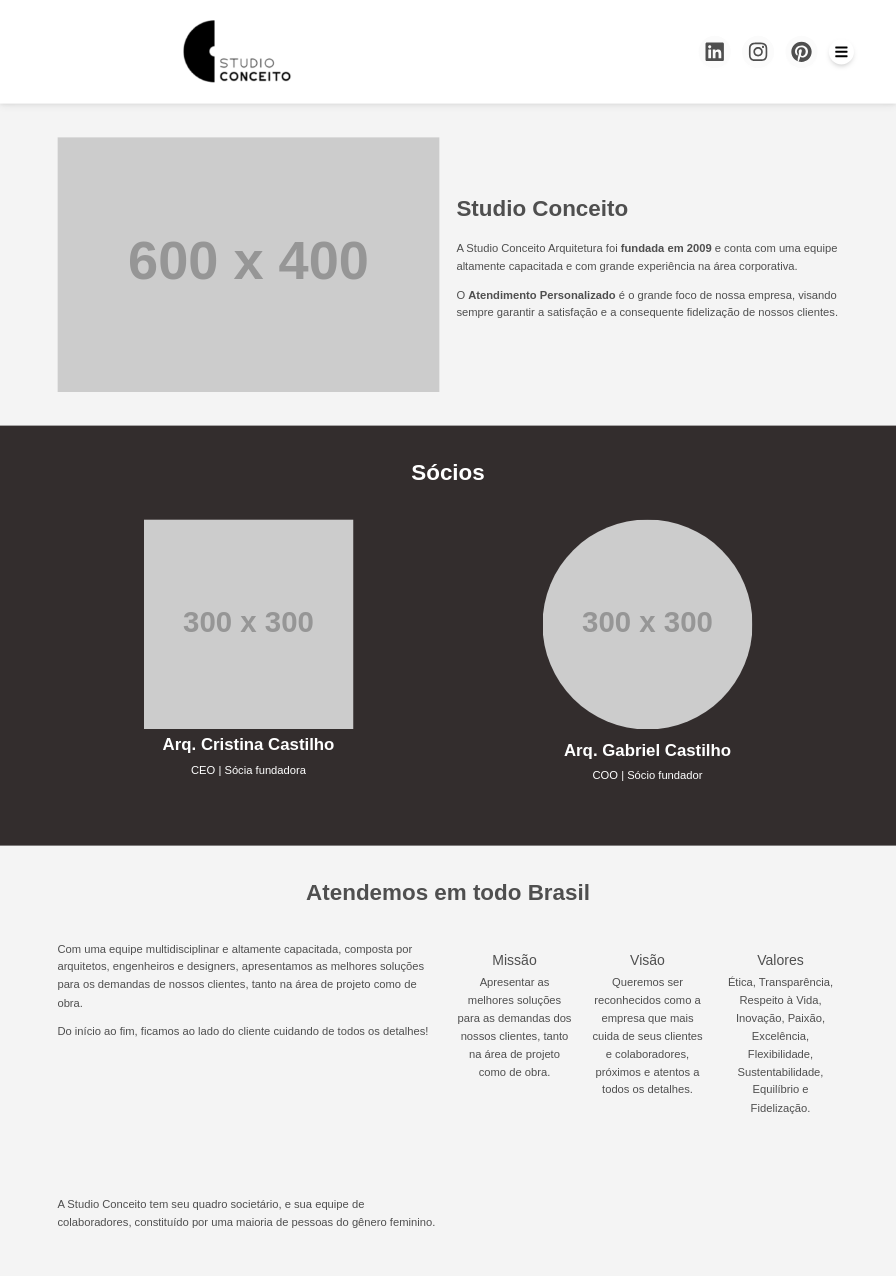
Repository: Upstairs-Agencia/studio-conceito-react
Page: /quem-somos
These files come from the project's save history. The page is drawn as it stood at one moment and after the next save; the edit follows.
The browser window is 1280 px wide. The pictures show the whole page, at 70% of full size.
The project was rebuilt for these pictures with package versions that can differ from the ones it lists, and the page was loaded fresh each time. Also part of the build but not shown: src/pages/Home.js, src/styles/footer.css, src/components/footer.js, src/pages/Servicos.js, src/pages/Cases.js, src/pages/Blog.js, src/pages/Clientes.js, src/pages/Contato.js.

Above is the page before, as saved 2024-12-29 03:31:25.

After the next save:
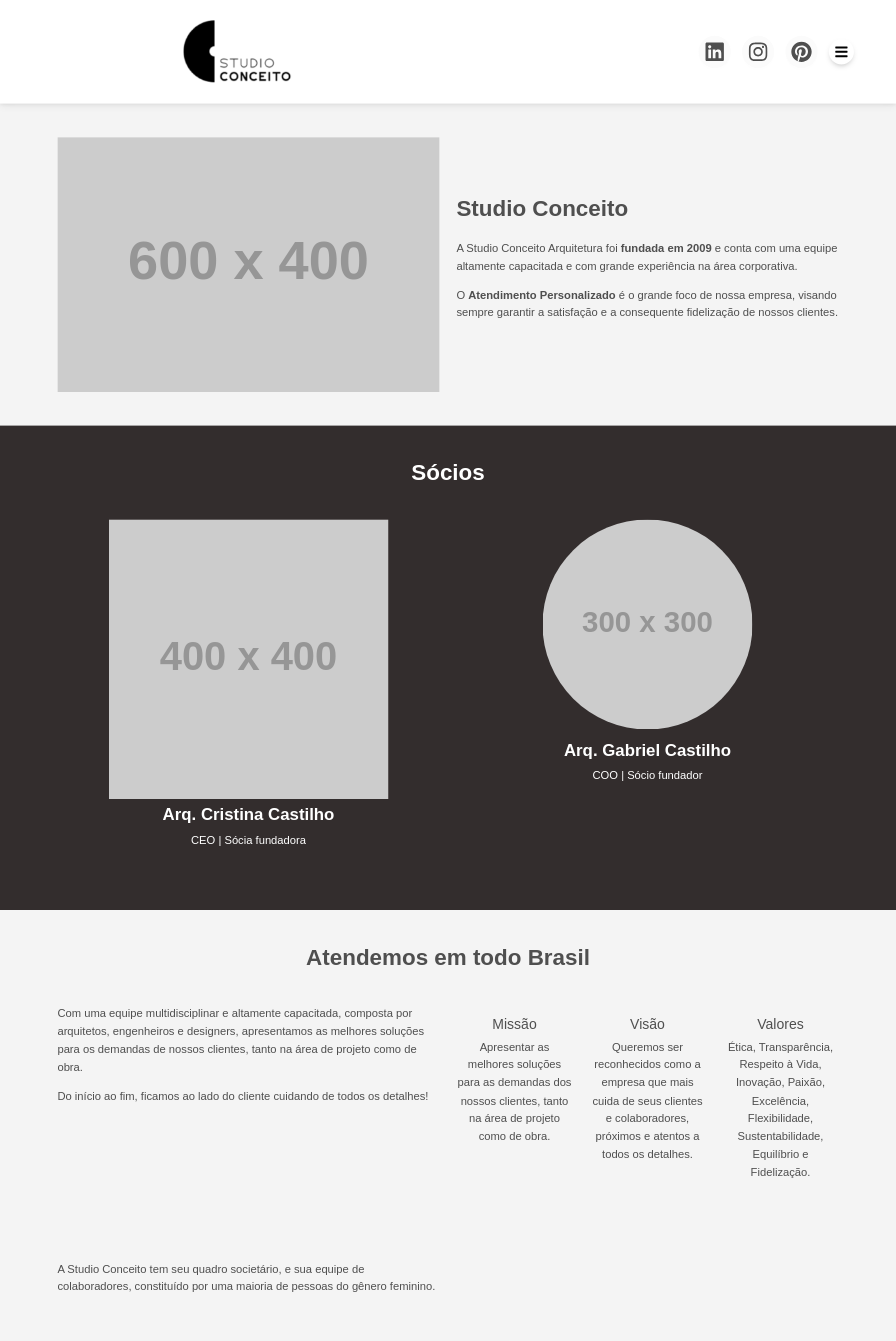
Saved 11 s later.
--- a/src/pages/QuemSomos.js
+++ b/src/pages/QuemSomos.js
@@ -46,7 +46,7 @@ export default function QuemSomos(){
                         <MDBCol md='6' className='mb-4'>
                             <div className='team-member'>
                                 <img
-                                    src='https://via.placeholder.com/300x300'
+                                    src='https://via.placeholder.com/400x400'
                                     alt='Arq. Cristina Castilho'
                                     className='img-fluid mb-2' />
                                 <h4 className='fw-bold'>Arq. Cristina Castilho</h4>
